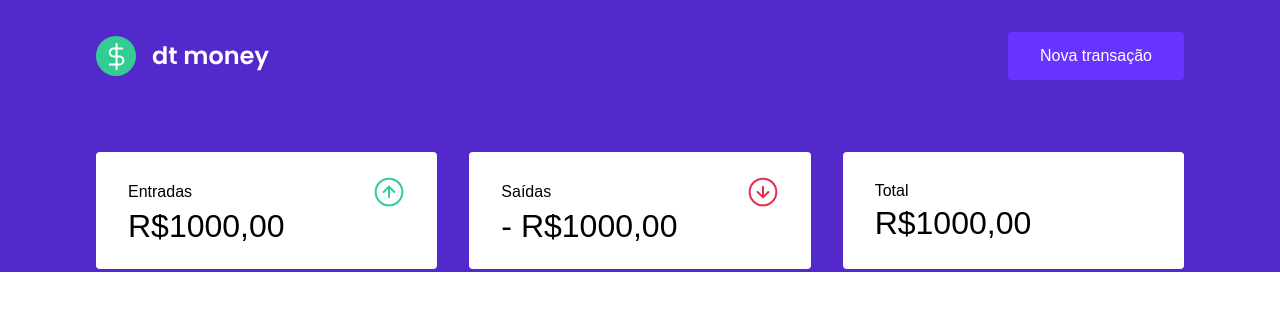
Repository: joaovnogueira/dtmoney
Page: /
An editor plug-in stored every save of this project. The page is shown before and after a run of saves, followed by the edit.
The browser window is 1280 px wide. The pictures show the whole page.
The project was rebuilt for these pictures with package versions that can differ from the ones it lists, and the page was loaded fresh each time.

Above is the page before, as saved 2022-06-21 14:37:05.

### src/index.tsx
import React from 'react';
import ReactDOM from 'react-dom/client';
import { App }  from './App';

const root = ReactDOM.createRoot(
  document.getElementById('root') as HTMLElement
);
root.render(
  <React.StrictMode>
    <App />
  </React.StrictMode>
);

### src/App.tsx
import { GlobalStyle } from "./assets/styles/global";
import { Dashboard } from "./components/dashboard";
import { Header } from "./components/header";

export function App() {
  return (
      <>
        <Header/>
        <Dashboard/>

        <GlobalStyle/>
      </>

  );
}

### src/assets/styles/global.ts
import { createGlobalStyle } from "styled-components";

export const GlobalStyle = createGlobalStyle`
    :root {
        --red: #E62E4D;
        --blue: #5429CC;
        --blue-light: #6933FF;
        -green: #33CC95;

        --text-title: #363F5F;
        --text-body: #969CB3;
        --shape: #FFFFFF;
        --background: #F0F2F5;
    }
    *{
        margin: 0;
        padding: 0;
        box-sizing: border-box;
    }

    html {
        @media (max-width: 1080px) {
            font-size: 93.75%; // 15px
        }
        @media (max-width: 720px) {
            font-size: 87.5%; // 14px
        }
    }

    //REM = 1rem = 16px (tamanho da fonte)

    body{
        background: var (--background);
        -webkit-font-smoothing: antialiased;
    }

    body, input, textarea, button {
        font-family: 'Poppins', sans-serif;
        font-weight: 400;
    }

    h1, h2, h3, h4, h5, h6, strong {
        font-weight: 600;
    }
    button {
        cursor: pointer;
    }
    [disabled] {
        opacity: 0.6;
        cursor: not-allowed;
    }

`

### src/components/dashboard/index.tsx
import { Summary } from "../summary";
import { Container } from "./styles";

export function Dashboard (){
    return (
        <Container>
            <Summary />
        </Container>
    );
}

### src/components/header/index.tsx
import logoImg from '../../assets/logo.svg'
import { Container, Content } from './styles'

export function Header (){
    return(
        <Container>
            <Content>
                <img src={logoImg} alt="dtmoney" />
                <button type="button">
                    Nova transação
                </button>
            </Content>
        </Container>
    );
}

### src/components/summary/index.tsx
import { Container } from "./styles";
import incomeImg from '../../assets/income.svg';
import outcomeImg from '../../assets/outcome.svg';
import totalImg from '../../assets/total.svg'

export function Summary(){
    return(
        <Container>
            <div>
                <header>
                    <p>Entradas</p>
                    <img src={incomeImg} alt="Entradas" />
                </header>
                <strong>R$1000,00</strong>
            </div>
            <div>
                <header>
                    <p>Saídas</p>
                    <img src={outcomeImg} alt="Saídas" />
                </header>
                <strong>- R$1000,00</strong>
            </div>
            <div>
                <header>
                    <p>Total</p>
                    <img src={totalImg} alt="Total" />
                </header>
                <strong>R$1000,00</strong>
            </div>
        </Container>
    );
}

### src/components/dashboard/styles.ts
import styled from 'styled-components'

export const Container = styled.main`
    max-width: 1120px;
    margin: 0 auto;
    padding: 2.5rem 1rem;
`;

### src/components/header/styles.ts
import styled from 'styled-components'

export const Container = styled.header`
    background: var(--blue);
`

export const Content = styled.div`
    max-width: 1120px;
    margin: 0 auto;
    padding: 2rem 1rem 12rem;
    display: flex;
    align-items: center;
    justify-content: space-between;

    button {
        font-size: 1rem;
        color: #FFF;
        background: var(--blue-light);
        border: 0;
        padding: 0 2rem;
        border-radius: 0.25rem;
        height: 3rem;

        transition: filter 0.2s;

        &:hover{
            filter: brightness(0.9);
        }
    }
`

### src/components/summary/styles.ts
import styled from 'styled-components'

export const Container = styled.div`
    display: grid;
    grid-template-columns: repeat(3,1fr);
    gap: 2rem;
    margin-top: -10rem;

    div {
        background: var(--shape);
        padding: 1.5rem 2rem;
        border-radius: 0.25rem;
        color: var(--text-tile);

        header{
            display: flex;
            align-items: center;
            justify-content: space-between;
        }

        strong {
            margin-top: 1rem;
            font-size: 2rem;
            font-weight: normal;
            line-height:
        }

    }
`;

After the next 2 saves:
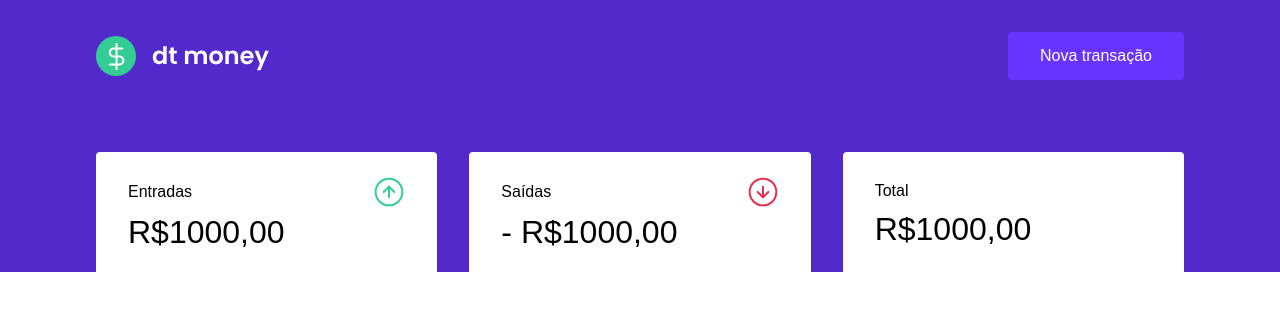
The 2 saves are shown as one change because they came seconds apart.
The last was saved 5 s later.
--- a/src/components/summary/styles.ts
+++ b/src/components/summary/styles.ts
@@ -22,7 +22,7 @@ export const Container = styled.div`
             margin-top: 1rem;
             font-size: 2rem;
             font-weight: normal;
-            line-height:
+            line-height: 3rem;
         }
 
     }
